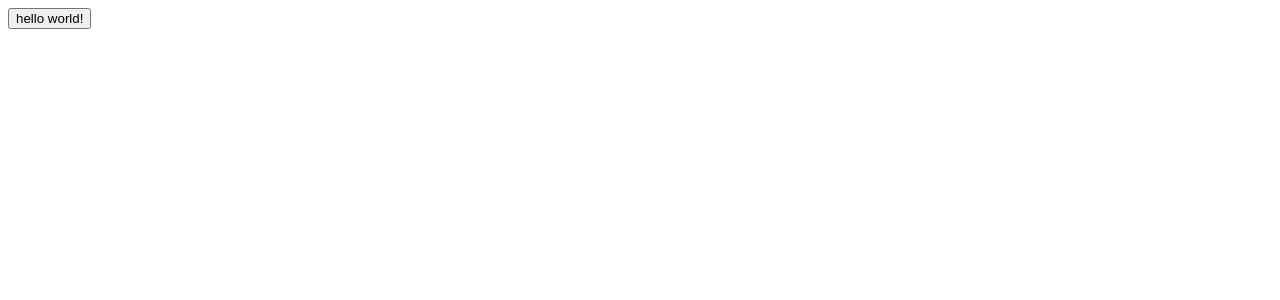
Repository: gavin2010/Frontend_react-demo
Page: hello_react_1.html
An editor plug-in stored every save of this project. The page is shown before and after the next save, followed by the edit.
The browser window is 1280 px wide. The pictures show the whole page.

Above is the page before, as saved 2023-03-30 03:19:04.

### hello_react_1.html
<!DOCTYPE html>
<html lang="en">
<head>
    <meta charset="UTF-8">
    <title>hello react</title>
    <script src="./js/react.development.js" ></script>
    <script src="./js/react-dom.development.js" ></script>
    <script src="./js/hello_react.js"></script>
</head>
<body>
    <div id="example"></div>
    <script>
    ReactDOM.render(
        React.createElement('button',{},'hello world!'),
        document.querySelector('#example')
    );

</script>
</body>
</html>

Loaded but not shown: js/react-dom.development.js (library); js/react.development.js (3318 lines, source omitted); js/hello_react.js (empty)

After the next save:
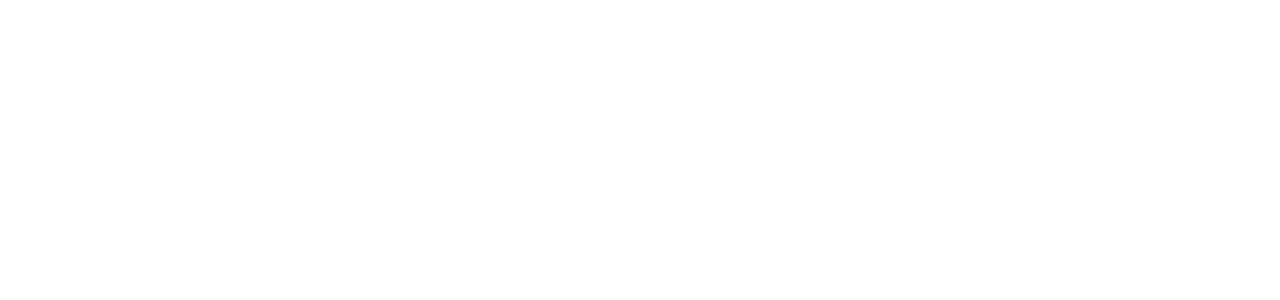
Saved 8 s later.
--- a/hello_react_1.html
+++ b/hello_react_1.html
@@ -5,15 +5,17 @@
     <title>hello react</title>
     <script src="./js/react.development.js" ></script>
     <script src="./js/react-dom.development.js" ></script>
-    <script src="./js/hello_react.js"></script>
+    <script src="./js/hello_react.js">
+            ReactDOM.render(
+        React.createElement('button',{},'hello world!'),
+        document.querySelector('#example')
+    );
+    </script>
 </head>
 <body>
     <div id="example"></div>
     <script>
-    ReactDOM.render(
-        React.createElement('button',{},'hello world!'),
-        document.querySelector('#example')
-    );
+
 
 </script>
 </body>

After the 3 saves that followed:
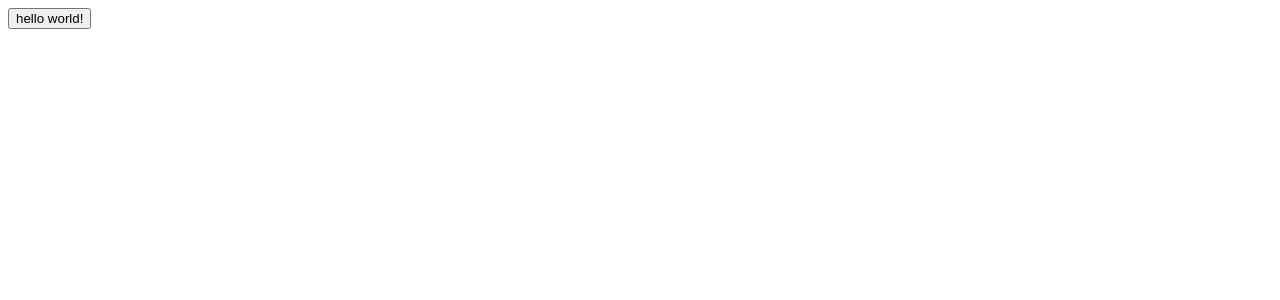
The 3 saves are shown as one change because 2 left the picture as it was.
The last was saved 31 s later.
--- a/hello_react_1.html
+++ b/hello_react_1.html
@@ -6,17 +6,17 @@
     <script src="./js/react.development.js" ></script>
     <script src="./js/react-dom.development.js" ></script>
     <script src="./js/hello_react.js">
-            ReactDOM.render(
-        React.createElement('button',{},'hello world!'),
-        document.querySelector('#example')
-    );
+
+
     </script>
 </head>
 <body>
     <div id="example"></div>
     <script>
-
-
-</script>
+    ReactDOM.render(
+            React.createElement('button',{},'hello world!'),
+            document.querySelector('#example')
+            );
+    </script>
 </body>
 </html>
